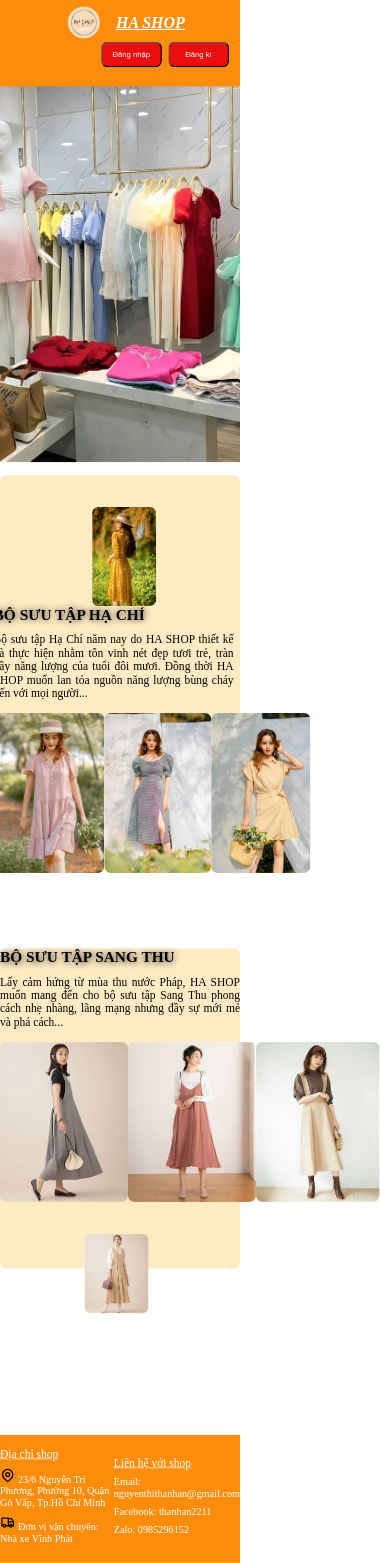
Repository: manhhieu120499/Project_ShopQuanAo
Page: index.html
These files come from the project's save history. The page is drawn as it stood at one moment and after the next save; the edit follows.
The browser window is 375 px wide. The page is 593 px wide, so the pictures cover 593 px, including what lies to the right of the window. The pictures show the whole page, at 64% of full size.

Above is the page before, as saved 2023-04-07 23:38:51.

After the next save:
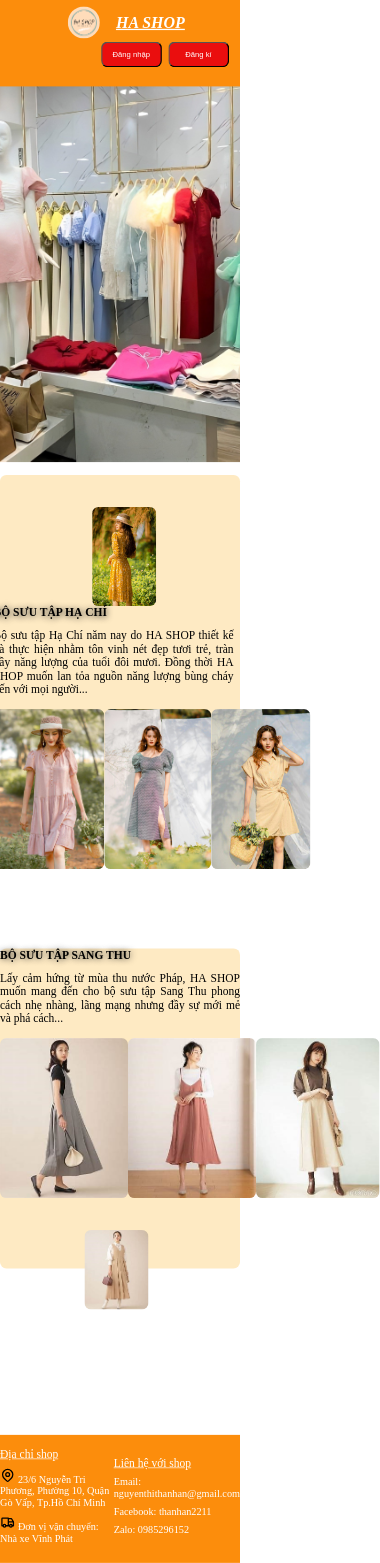
Saved 76 s later.
--- a/responsive/responsive_trangchu.css
+++ b/responsive/responsive_trangchu.css
@@ -117,6 +117,10 @@
         width: 375px;
     }
 
+    .right_description .title_album {
+        font-size: 18px;
+    }
+
 
 
 }
